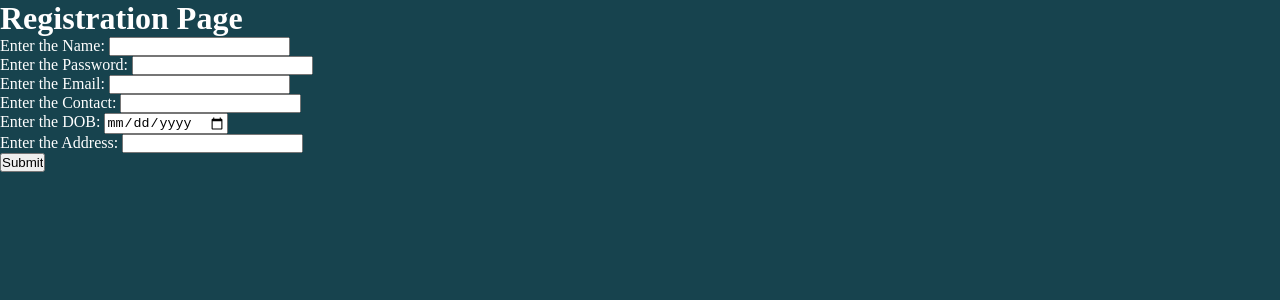
Repository: Pradeep4802/utopiatech
Page: eclipse-workspace/OwnServlet/src/main/webapp/Home.html
These files come from the project's save history. The page is drawn as it stood at one moment and after the next save; the edit follows.
The browser window is 1280 px wide. The pictures show the whole page.

Above is the page before, as saved 2023-10-09 09:57:35.

### eclipse-workspace/OwnServlet/src/main/webapp/Home.html
<!DOCTYPE html>
<html>
<head>
<meta charset="UTF-8">
<title>Form</title>
<style>
	* {
		margin: 0;
		padding: 0;
		box-sizing : border-box;
	}

	body {
		background: rgb(23,67,78);
	}

	.container h1 {
		color: white;
	}

	label {
		color: white;
	}


</style>
</head>
<body>
	<div class="container">
		<h1>Registration Page</h1>
		<form action="" method="get">

			<label for="user_name">Enter the Name: <input type="text"
				name="user_name" /></label><br>
			<label for="user_pass">Enter the Password: <input type="password"
				name="user_pass" /></label><br>
			<label for="user_email">Enter the Email: <input type="email"
				name="user_email" /></label><br>
			<label for="user_contact">Enter the Contact: <input type="number"
				name="user_contact" /></label><br>
			<label for="user_dob">Enter the DOB: <input type="date"
				name="user_dob" /></label><br>
			<label for="user_address">Enter the Address: <input type="text"
				name="user_address" /></label>
				<br>
			<input type="submit" value="Submit" />

		</form>
	</div>
</body>
</html>

After the next save:
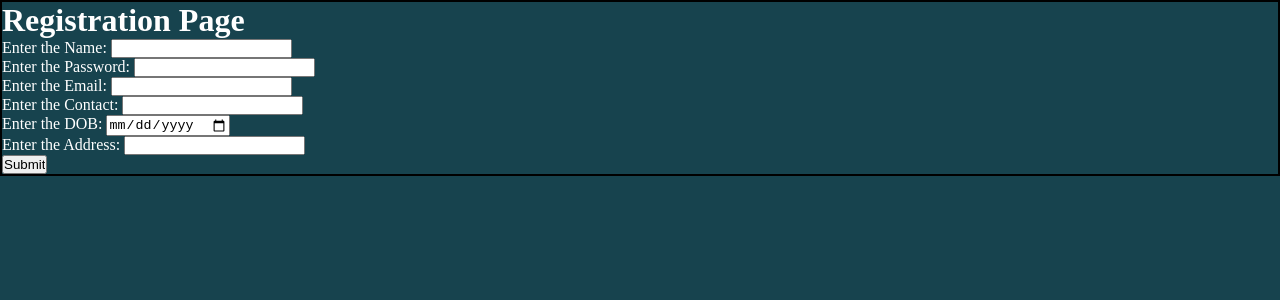
Saved 49 s later.
--- a/eclipse-workspace/OwnServlet/src/main/webapp/Home.html
+++ b/eclipse-workspace/OwnServlet/src/main/webapp/Home.html
@@ -12,6 +12,10 @@
 
 	body {
 		background: rgb(23,67,78);
+	}
+
+	.container {
+		border: 2px solid black;
 	}
 
 	.container h1 {
